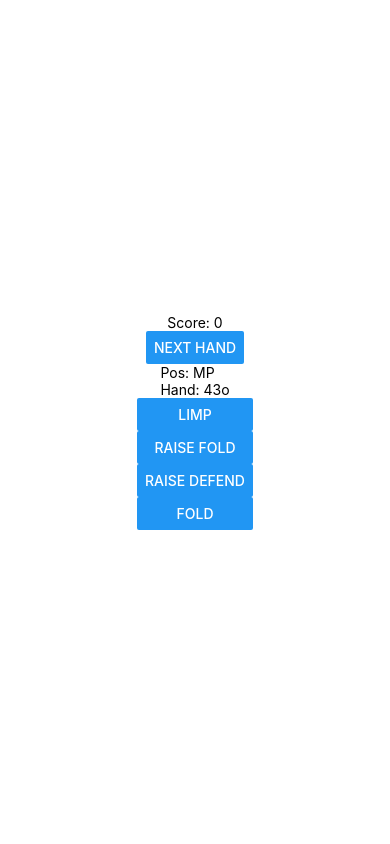
Repository: Nicholas-Kyle/RangeTrainer
Screen: /, after clicking the first element matching `button.css-view-175oi2r`
The author's editor kept a copy of each file at every save. The screen is drawn from the files as they stood at one save, then again after a run of saves.
The app was drawn by React Native's web renderer in a window 390 px wide. The project was rebuilt for these pictures with package versions that can differ from the ones it lists, and the page was loaded fresh each time.

Above is the screen before, as saved 2018-03-19 15:33:06.

After the next 2 saves:
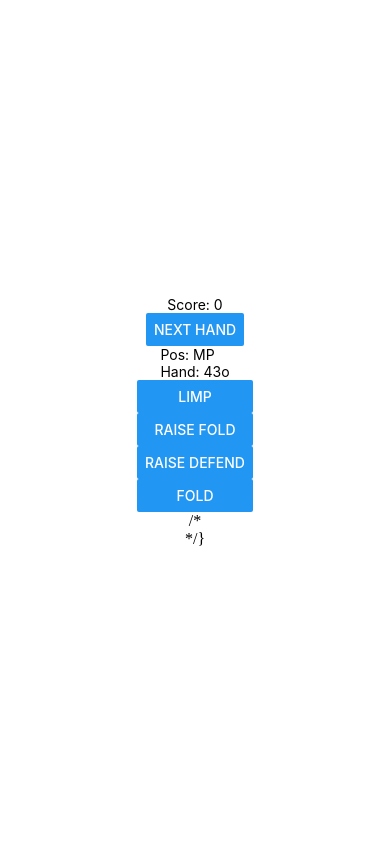
The 2 saves are shown as one change because they came seconds apart.
The last was saved 33 s later.
--- a/RangeTrainer/RangeTrainer.js
+++ b/RangeTrainer/RangeTrainer.js
@@ -191,7 +191,7 @@ class RangeTrainer extends Component {
           <Text>Hand: {hand}</Text>
         </View>
         {!!hand && <ActionButtonGroup onAction={this.checkAction} />}
-        {/* {!!action && (
+        {!!action && (
           <View>
             {!!action &&
               handSuccess && (
@@ -203,10 +203,11 @@ class RangeTrainer extends Component {
             )}
           </View>
         )}
-
+        /*
         {!!wrongHands && (
           <View> {wrongHands.map(wrongHand => <Text>{wrongHand}</Text>)}</View>
-        )} */}
+        )}{" "}
+        */}
       </View>
     );
   }
